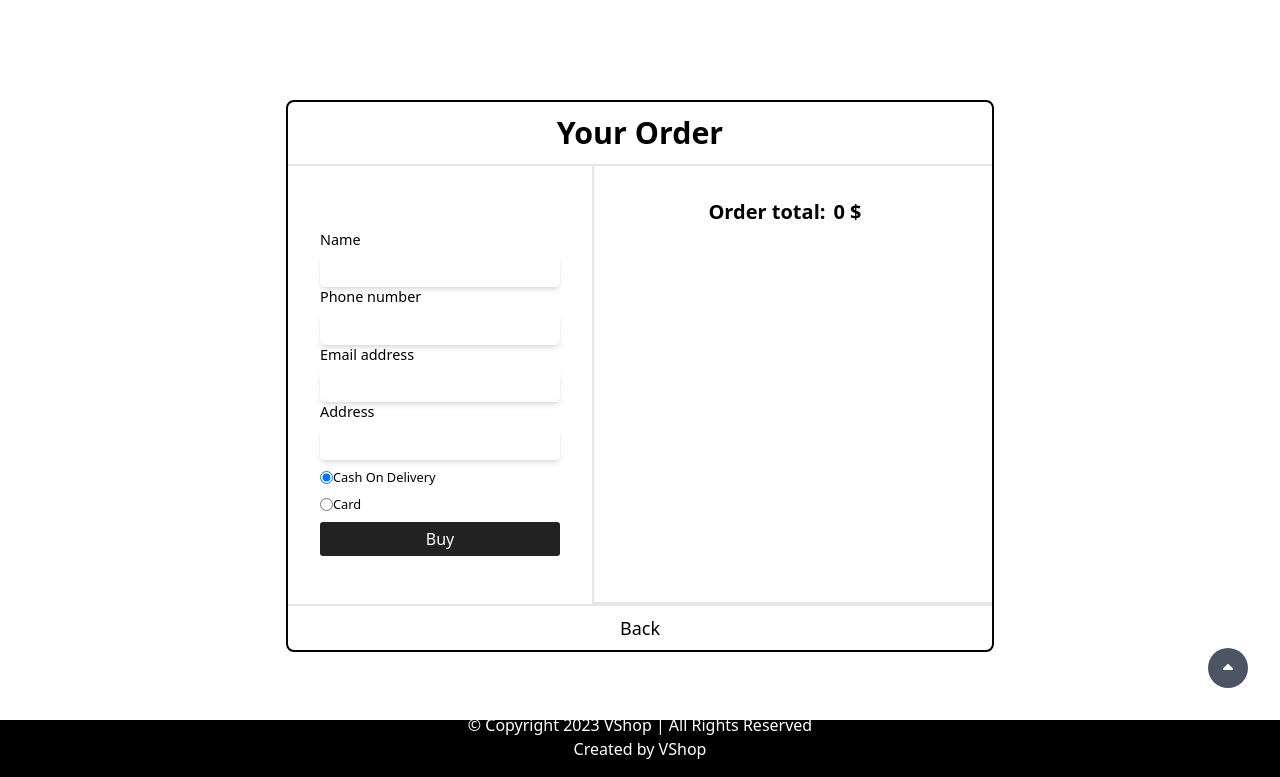
Repository: Kith933UTH/VSHOP
Page: /payment
These files come from the project's save history. The page is drawn as it stood at one moment and after the next save; the edit follows.
The browser window is 1280 px wide. The pictures show the whole page.
Pictures or frames that could not be fetched are drawn as grey boxes. The project was rebuilt for these pictures with package versions that can differ from the ones it lists, and the page was loaded fresh each time. Also part of the build but not shown: src/components/product-item/ProductItem.js, src/components/loader/Loader.js, src/constants/constants.js, src/components/product-filters/Category.js, src/components/product-filters/Price.js, src/components/product-filters/Rating.js, src/components/product-filters/ProductFilters.js, src/components/cart-shopping/CartEmpty.js and 23 more.

Above is the page before, as saved 2023-08-05 23:24:41.

After the next save:
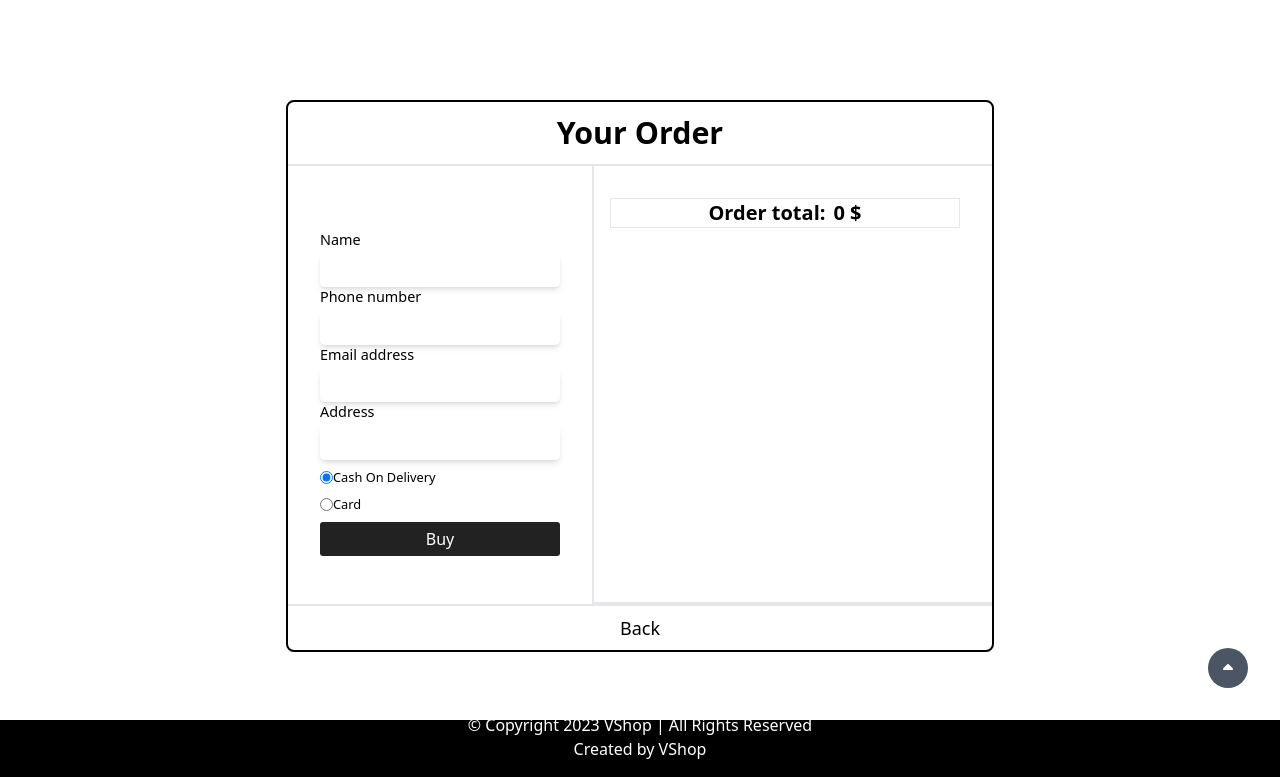
Saved 33 s later.
--- a/src/components/payment/Payment.js
+++ b/src/components/payment/Payment.js
@@ -55,7 +55,7 @@ export function Payment() {
                     <div className={`px-1 py-2 sm:py-4 sm:px-6 max-h-[400px] overflow-y-scroll`}>
                         {cart.map(item => <CartItemPayment key={item.id} item={item}/>)}
                     </div>
-                    <div className='mr-0 sm:mr-4 font-semibold'>
+                    <div className='mr-0 sm:mr-4 font-semibold border'>
                         <span className='mr-2 text-base sm:text-xl'>Order total:</span>
                         <span className='text-base sm:text-xl'>{totalPrice()} $</span>
                     </div>
